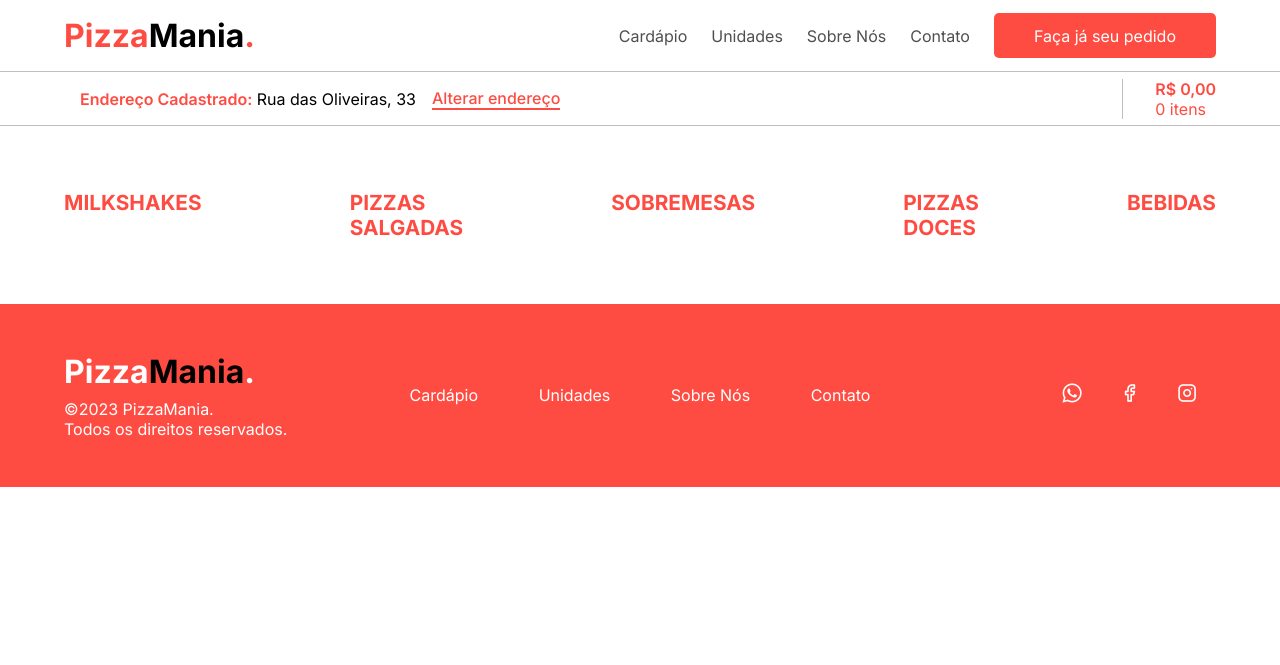
Repository: lucas-albuq/PizzaMania
Page: assets/pages/cardapio.html
These files come from the project's save history. The page is drawn as it stood at one moment and after a run of saves; the edit follows.
The browser window is 1280 px wide. The pictures show the whole page.
Some icons come from a web library that is not loaded, so they are not drawn. Some web libraries are served in a nearby version.

Above is the page before, as saved 2024-01-04 20:50:10.

### assets/pages/cardapio.html
<!DOCTYPE html>
<html lang="en">
<head>
    <meta charset="UTF-8">
    <meta name="viewport" content="width=device-width, initial-scale=1.0">
    <title>PizzaMania. - Cardápio</title>
    <link rel='stylesheet' href='https://cdn-uicons.flaticon.com/2.0.0/uicons-regular-rounded/css/uicons-regular-rounded.css'>
    <link rel="stylesheet" href="/assets/fonts/style.css">
    <link rel="stylesheet" href="/assets/css/pizzamania.css">
</head>
<body>
    <div id="header"></div>
    <main>
        <div class="categorias-cardapio">
            <div class="milkshakes">
                <h2>Milkshakes</h2>
            </div>
            <div class="pizzas-salgadas">
                <h2>Pizzas <br>Salgadas</h2>
            </div>
            <div class="sobremesas">
                <h2>Sobremesas</h2>
            </div>
            <div class="pizzas-doces">
                <h2>Pizzas <br>Doces</h2>
            </div>
            <div class="bebidas">
                <h2>Bebidas</h2>
            </div>
        </div>
    </main>
    <div id="footer"></div>
    <script src="https://ajax.googleapis.com/ajax/libs/jquery/3.1.0/jquery.min.js"></script>
    <script src="../../main.js"></script>
</body>
</html>

### assets/fonts/style.css
@font-face {
  font-family: 'icomoon';
  src:  url('fonts/icomoon.eot?r532as');
  src:  url('fonts/icomoon.eot?r532as#iefix') format('embedded-opentype'),
    url('fonts/icomoon.ttf?r532as') format('truetype'),
    url('fonts/icomoon.woff?r532as') format('woff'),
    url('fonts/icomoon.svg?r532as#icomoon') format('svg');
  font-weight: normal;
  font-style: normal;
  font-display: block;
}

[class^="icon-"], [class*=" icon-"] {
  /* use !important to prevent issues with browser extensions that change fonts */
  font-family: 'icomoon' !important;
  speak: never;
  font-style: normal;
  font-weight: normal;
  font-variant: normal;
  text-transform: none;
  line-height: 1;

  /* Better Font Rendering =========== */
  -webkit-font-smoothing: antialiased;
  -moz-osx-font-smoothing: grayscale;
}

.icon-delivery:before {
  content: "\e909";
}
.icon-pizza:before {
  content: "\e90a";
}
.icon-fatia:before {
  content: "\e90b";
}
.icon-whatsapp:before {
  content: "\e900";
}
.icon-brand:before {
  content: "\e900";
}
.icon-social:before {
  content: "\e900";
}
.icon-facebook:before {
  content: "\e902";
}
.icon-instagram:before {
  content: "\e903";
}
.icon-mail:before {
  content: "\e904";
}
.icon-map-pin:before {
  content: "\e905";
}
.icon-menu:before {
  content: "\e901";
}
.icon-phone:before {
  content: "\e906";
}
.icon-x:before {
  content: "\e907";
}
.icon-youtube:before {
  content: "\e908";
}

### assets/css/pizzamania.css
@import url('https://fonts.googleapis.com/css2?family=Inter:wght@100;200;300;400;500;600;700;800;900&display=swap');

:root {
  --base-hue: 3;
  --primary-color: hsl(var(--base-hue), 100%, 63%);
  --secondary-color: hsl(var(--base-hue), 0%, 0%);
  --text-color: hsl(var(--base-hue), 0%, 31%);
  --text-hover-color: hsl(var(--base-hue), 0%, 51%);
  --background-color: hsl(var(--base-hue), 0%, 100%);
  --button-background: hsl(var(--base-hue), 100%, 63%);
  --button-hover-background: hsl(var(--base-hue), 67%, 47%);
  --divider-color: hsl(var(--base-hue), 0%, 75%);
  --shadow-color:rgba(0, 0, 0, 0.25);
  --box-shadow: 0px 2px 8px 0px rgba(0, 0, 0, 0.25);
}

* {
  padding: 0;
  margin: 0;
  scroll-behavior: smooth;
  font-family: 'Inter', sans-serif;
  box-sizing: border-box;
}

header {
  display: flex;
  flex-direction: column;
  align-items: center;
}

main{
  max-width: 80em;
  width: 90%;
  margin: 4em auto;
  display: flex;
  flex-direction: column;
  gap: 4em;
}

section{
  display: flex;
  flex-direction: column;
  gap: 2em;
}

h2{
  font-size: 1.3em;
  color: var(--primary-color);
  text-transform: uppercase;
}

h3{
  font-size: 1.2em;
}

.header1, .header2 {
  display: flex;
  max-width: 80em;
  width: 90%;
  justify-content: space-between;
  align-items: center;
}

.header1 {
  padding: .8em 0;
}

.header2 {
  padding: .4em 0;
}

.header1 h1 a {
  color: var(--primary-color);
  font-size: 2rem;
}

.header1 h1 span {
  color: var(--secondary-color);
}

.header1_menus {
  display: flex;
  gap: 1.5em;
}

.header1 nav {
  display: flex;
  align-items: center;
}

.header1 ul {
  display: flex;
  list-style-type: none;
  align-items: center;
  justify-content: center;
  gap: 1.5em;
  align-items: center;
}

.header1 a {
  text-decoration: none;
  color: var(--text-color);
  font-size: 1rem;
  transition: color .2s;
}

.header1 nav a:hover {
  color: var(--text-hover-color);
}

.header1 button {
  padding: .8em 2.5em;
  border-radius: 5px;
  line-height: initial;
  align-self: center;
  background-color: var(--button-background);
  border: none;
  color: #FFF;
  font-size: 1rem;
  cursor: pointer;
  transition: background .2s;
}

.header1 button:hover {
  background-color: var(--button-hover-background);
}

.divider {
  border-bottom: 1px solid var(--divider-color);
  width: 100%;
}

.header2 .endereco, .header2 .carrinho {
  display: flex;
  gap: 1em;
  align-items: center;
}

.header2 .carrinho {
  border-left: 1px solid var(--divider-color);
  padding-left: 1em;
  cursor: pointer;
}

.header2 .fi, .header2 span, .carrinho p {
  color: var(--primary-color);
  transition: color .2s;
}

.header2 .endereco button {
  background: none;
  border: none;
  font-size: 1rem;
  color: var(--primary-color);
  font-weight: 500;
  border-bottom: 2px solid var(--primary-color);
  cursor: pointer;
  transition: color .2s;
}

.header2 .endereco button:hover {
  color: var(--button-hover-background);
  border-color: var(--button-hover-background);
}

.header2 .carrinho:hover .valor p, .carrinho:hover .fi {
  color: var(--button-hover-background);
}

.header2 span, .carrinho p:first-child {
  font-weight: 600;
}

footer{
  background-color: var(--primary-color);
}
footer .footer{
  display: flex;
  max-width: 80em;
  width: 90%;
  margin: 0 auto;
  justify-content: space-between;
  align-items: center;
  padding: 3em 0;
}
.footer .footer-menu{
  width: 40%;
}
.footer .footer-menu ul{
  display: flex;
  list-style-type: none;
  justify-content: space-between;
}
.footer .footer-menu a{
  color: var(--background-color);
  text-decoration: none;
  transition: color .2s
}
.footer-menu a:hover{
  color: var(--divider-color)
}
.footer-logo-copy, .footer-social-medias{
  width: 20%;
}
.footer-social-medias{
  display: flex;
  justify-content: end;
  align-items: center;
}
.footer-social-medias a{
  text-decoration: none;
}
.footer-social-medias div {
  color: var(--background-color);
  font-size: 1.2rem;
  padding: 1em;
  transition: all .5s ease;
}

.footer-social-medias div:hover {
  transform: translateY(-5px);
}
.footer-social-medias div::after{
  content: "";
  display: block;
  width: 0;
  height: 3px;
  margin-top: 3px;
  border-radius: 5px;
  background: var(--background-color);
  transition: all .2s ease;
}
.footer-social-medias div:hover::after{
  width: 100%;
}
.footer-logo-copy{
  display: flex;
  flex-direction: column;
  gap: .5em;
  color: var(--background-color)
}
.footer-logo-copy a{
  color: var(--background-color);
  text-decoration: none;
}
.footer-logo-copy a span{
  color: var(--secondary-color);
}
.servicos > div{
  display: flex;
  justify-content: space-between;
}
.servicos > div > div{
  box-shadow: var(--box-shadow);
  display: flex;
  flex-direction: column;
  align-items: center;
  justify-content: center;
  padding: 2.5em;
  width: 30%;
  gap: 1.5em;
  border-radius: 20px;
  border-bottom: var(--primary-color) solid 8px;
}

.servicos img{
  height: 3.5em;
}

.servicos p{
  text-align: center;
}

.carrossel .swiper {
  width: 100%;
  aspect-ratio: 16/6;
  border-radius: 20px;
}
.carrossel .swiper img{
  width: 100%;
  aspect-ratio: 16/6;
  filter: brightness(75%);
}
.swiper-pagination-bullet{
  padding: 3px;
}
.swiper-pagination-bullet-active{
  background: var(--primary-color);
}
.swiper-button-next, .swiper-button-prev{
  color: #FFF
}
.promocoes .swiper-slide, .assessments .swiper-slide{
  padding: 1em .2em;
}
.promocoes .card{
  display: flex;
  flex-direction: column;
  padding: 2em;
  gap: 2em;
  box-shadow: var(--box-shadow);
  border-radius: 20px;
}
.promocoes .card-top, .promocoes .card-bottom{
  display: flex;
  justify-content: space-between;
}
.promocoes .card-top-text{
  width: 65%;
  display: flex;
  flex-direction: column;
  gap: 1em;
}
.promocoes .card-top-image{
  width: 35%;
}
.promocoes .card-top-image img{
  width: 100%;
}
.promocoes .card-bottom p span{
  font-weight: bold;
  font-size: 1.2em;
}
.promocoes .card-bottom button{
  border: none;
  background: var(--button-background);
  padding: 0 3em;
  border-radius: 5px;
  color: #FFF;
  font-size: 1rem;
  cursor: pointer;
  transition: background .2s;
}
.promocoes .card-bottom button:hover{
  background: var(--button-hover-background);
}
.swiper-container{
  overflow: hidden;
}
/*Novamente reutilizando código antigo meu (é meu msm)*/
.assessments .assessments__container .swiper-wrapper{
  display: flex;
  flex-wrap: nowrap;
}
.assessments .assessments__container .assessments__assessment blockquote{
  padding: 2em;
  box-shadow: var(--box-shadow);
  border-radius: 20px;
  height: auto;
  width: 100%;
}
.assessments .assessments__container .assessments__assessment p{
  position: relative;
  text-indent: 1.875rem;
  margin-bottom: 1.5rem;
  color: var(--title-color);
}
.assessments .assessments__container .assessments__assessment p span{
  font-size: 4rem;
  font-family: serif;
  font-weight: 700;
  position: absolute;
  color: var(--primary-color);
  top: -1.375rem;
  left: -2.300rem;
}
.assessments .assessments__container .assessments__assessment cite {
  display: flex;
  align-items: center;
  font-style: normal;
  text-transform: capitalize;
}
.assessments .assessments__container .assessments__assessment cite img{
  height: 2rem;
  width: 2rem;
  object-fit: cover;
  clip-path: circle();
  margin-right: 0.5rem;
}
.categorias-cardapio{
  display: flex;
  flex-wrap: wrap;
  gap: 2em;
  justify-content: space-between;
}
.categorias-cardapio > div{

}

### main.js
document.addEventListener('DOMContentLoaded', function() {
    const header = document.getElementById('header');
    const footer = document.getElementById('footer');

    fetch('/assets/html/header.html')
        .then(response => response.text())
        .then(data => {
            header.innerHTML = data;

            const fazerPedido = document.querySelector(".header1_menus button");
            fazerPedido.addEventListener("click", () => window.open('./assets/pages/cardapio.html', '_self'));
        });

    fetch('/assets/html/footer.html')
        .then(response => response.text())
        .then(data => {
            footer.innerHTML = data;
        });
});

### assets/html/header.html
<header>
        <div class="header1">
            <h1><a href="/index.html">Pizza<span>Mania</span>.</a></h1>
            <div class="header1_menus">
                <nav>
                    <ul>
                        <li><a href="#">Cardápio</a></li>
                        <li><a href="#">Unidades</a></li>
                        <li><a href="#">Sobre Nós</a></li>
                        <li><a href="#">Contato</a></li>
                    </ul>
                </nav>
                <button>
                    Faça já seu pedido
                </button>
            </div>
        </div>
        <div class="divider"></div>
        <div class="header2">
            <div class="endereco">
                <i class="fi fi-rr-home"></i>
                <p><span>Endereço Cadastrado:</span> Rua das Oliveiras, 33</p>
                <button>Alterar endereço</button>
            </div>
            <div class="carrinho">
                <i class="fi fi-rr-shopping-cart"></i>
                <div class="valor">
                    <p>R$ 0,00</p>
                    <p>0 itens</p>
                </div>
            </div>
        </div>
        <div class="divider"></div>
    </header>

### assets/html/footer.html
<footer>
    <div class="footer">
        <div class="footer-logo-copy">
            <h1><a href="/index.html">Pizza<span>Mania</span>.</a></h1>
            <p>
                ©2023 PizzaMania. <br>
                Todos os direitos reservados.
            </p>
        </div>
        <nav class="footer-menu">
            <ul>
                <li><a href="">Cardápio</a></li>
                <li><a href="">Unidades</a></li>
                <li><a href="">Sobre Nós</a></li>
                <li><a href="">Contato</a></li>
            </ul>
        </nav>
        <div class="footer-social-medias">
            <a href="#">
                <div class="icon-whatsapp"></div>
            </a>
            <a href="#">
                <div class="icon-facebook"></div>
            </a>
            <a href="#">
                <div class="icon-instagram"></div>
            </a>
        </div>
    </div>
</footer>

After the next 3 saves:
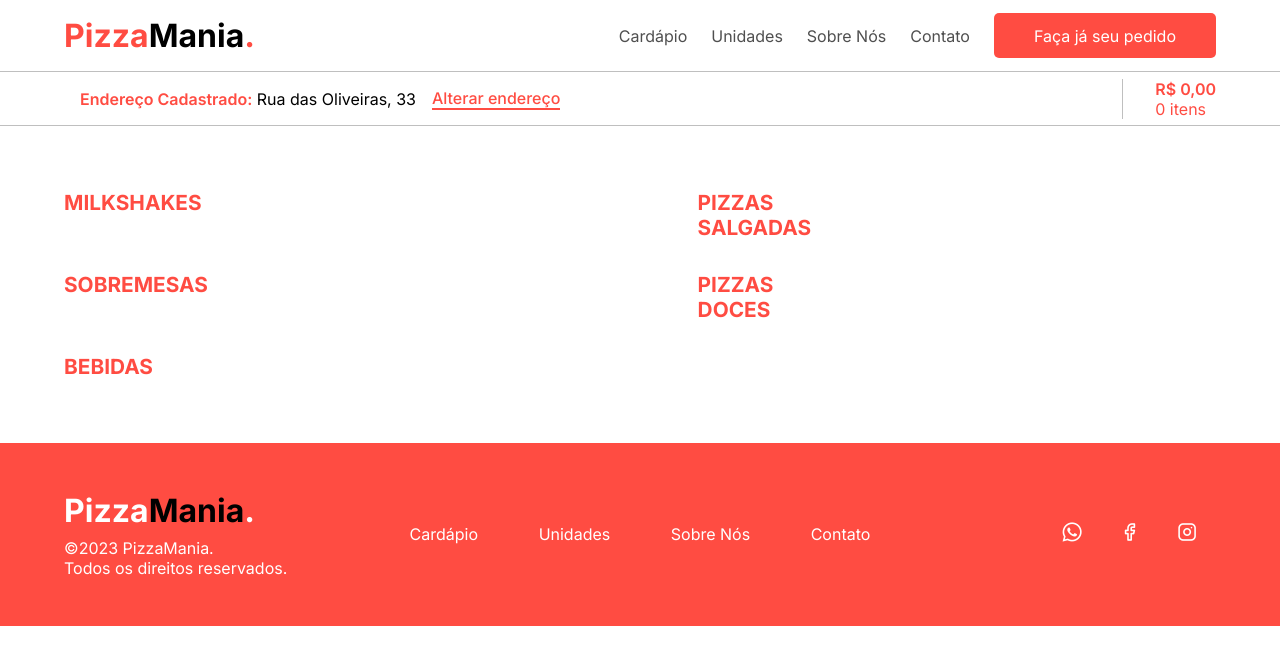
The 3 saves are shown as one change because they came seconds apart.
The last was saved 9 s later.
--- a/assets/css/pizzamania.css
+++ b/assets/css/pizzamania.css
@@ -384,5 +384,5 @@ footer .footer{
   justify-content: space-between;
 }
 .categorias-cardapio > div{
-
-}
+  width: 45%;
+}
